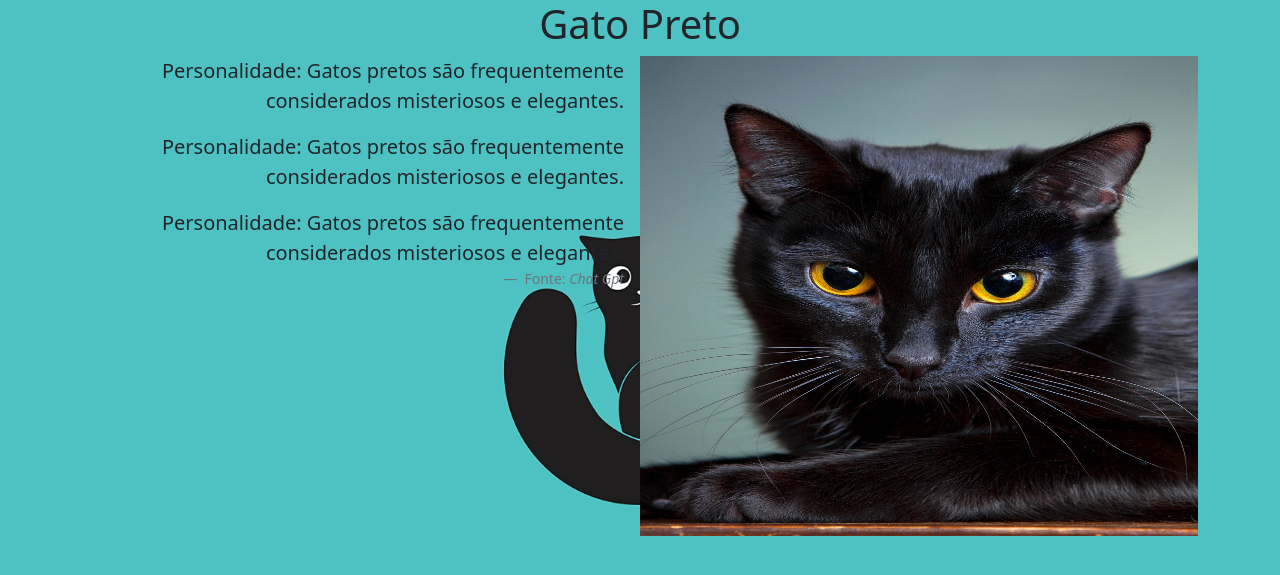
Repository: SktYzu/gatitu
Page: index.html
An editor plug-in stored every save of this project. The page is shown before and after the next save, followed by the edit.
The browser window is 1280 px wide. The pictures show the whole page.

Above is the page before, as saved 2023-11-27 15:18:17.

### index.html
<!DOCTYPE html>
<html lang="pt-BR">

<head>
    <meta charset="UTF-8">
    <meta name="viewport" content="width=device-width, initial-scale=1.0">
    <link rel="stylesheet" href="https://cdn.jsdelivr.net/npm/bootstrap@5.3.2/dist/css/bootstrap.min.css">
    <script src="https://cdn.jsdelivr.net/npm/bootstrap@5.3.2/dist/js/bootstrap.bundle.min.js"
        integrity="sha384-C6RzsynM9kWDrMNeT87bh95OGNyZPhcTNXj1NW7RuBCsyN/o0jlpcV8Qyq46cDfL"
        crossorigin="anonymous"></script>
    <title>Teste</title>
    <style>
        body {
            background-image: url('cat.jpg');
            background-size: cover;
        }
    </style>
</head>

<body>

    <h1 class="container text-center">Gato Preto</h1>
    <div class="container">

        <div class="clearfix">
            <img src="preto.jpg" class="col-md-6 float-md-end mb-3 ms-md-3" alt="..." height="480px">

            <figure class="text-end">
                <blockquote class="blockquote">
                    <p>Personalidade: Gatos pretos são frequentemente considerados misteriosos e elegantes.</p>
                </blockquote>
                <blockquote class="blockquote">
                    <p>Personalidade: Gatos pretos são frequentemente considerados misteriosos e elegantes.</p>
                </blockquote>
                <blockquote class="blockquote">
                    <p>Personalidade: Gatos pretos são frequentemente considerados misteriosos e elegantes.</p>
                </blockquote>
                <figcaption class="blockquote-footer">
                    Fonte: <cite title="Chat Gpt">Chat Gpt</cite>
                </figcaption>
            </figure>
        </div>
    </div>


</body>

</html>

After the next save:
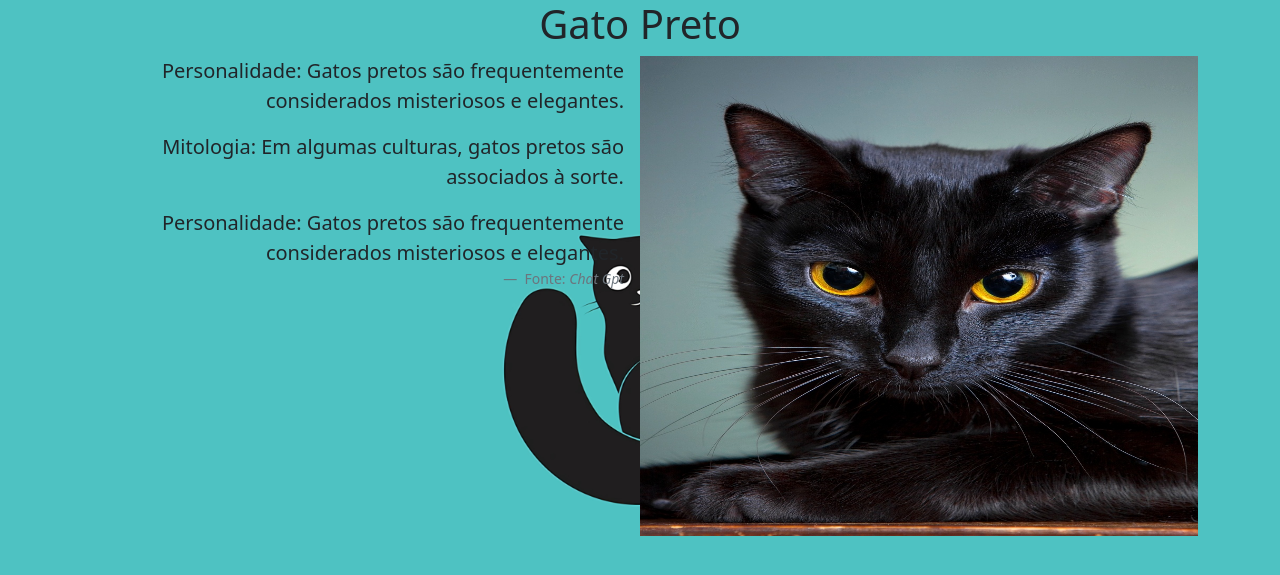
Saved 6 s later.
--- a/index.html
+++ b/index.html
@@ -30,7 +30,7 @@
                     <p>Personalidade: Gatos pretos são frequentemente considerados misteriosos e elegantes.</p>
                 </blockquote>
                 <blockquote class="blockquote">
-                    <p>Personalidade: Gatos pretos são frequentemente considerados misteriosos e elegantes.</p>
+                    <p>Mitologia: Em algumas culturas, gatos pretos são associados à sorte.</p>
                 </blockquote>
                 <blockquote class="blockquote">
                     <p>Personalidade: Gatos pretos são frequentemente considerados misteriosos e elegantes.</p>
